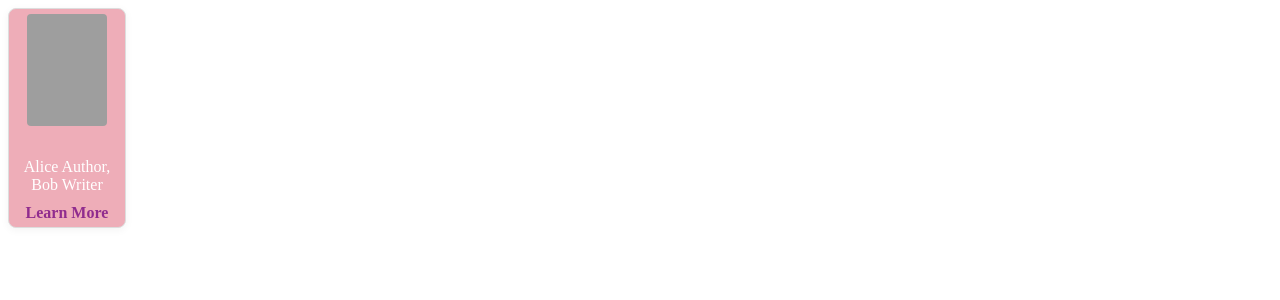
Repository: Micaelavalmores/BookCatalog
Page: /
An editor plug-in stored every save of this project. The page is shown before and after the next save, followed by the edit.
The browser window is 1280 px wide. The pictures show the whole page.
Pictures or frames that could not be fetched are drawn as grey boxes. The project was rebuilt for these pictures with package versions that can differ from the ones it lists, and the page was loaded fresh each time. Also part of the build but not shown: vite.config.js, src/index.css.

Above is the page before, as saved 2025-09-16 22:51:43.

### index.html
<!doctype html>
<html lang="en">
  <head>
    <meta charset="UTF-8" />
    <meta name="viewport" content="width=device-width, initial-scale=1.0" />
    <title>Book Catalog</title>
  </head>
  <body>
    <div id="root"></div>
    <script type="module" src="/src/main.jsx"></script>
  </body>
</html>

### src/main.jsx
import React from 'react';
import { createRoot } from 'react-dom/client';
import './index.css';
import Book from './assets/book.jsx';

const root = createRoot(document.getElementById("root"));

root.render(
  <React.StrictMode>
    <Book
      image="https://img.freepik.com/free-vector/stack-colorful-books_1308-171744.jpg?semt=ais_incoming&w=740&q=80"
      authors="Alice Author, Bob Writer"
      link="https://example.com/book-info"
    />
  </React.StrictMode>
);

### src/assets/book.jsx

import React from "react";
import "./book.css";

const book = ({ image, title, authors, link }) => (
  <div className="book-container">
    <img className="book-image" src={image} alt={title} />
    <div className="book-info">
      <h2 className="book-title">{title}</h2>
      <p className="book-authors">{authors}</p>
      <a className="book-link" href={link} target="_blank" rel="noopener noreferrer">
        Learn More
      </a>
    </div>
  </div>
);

export default book;

### src/assets/book.css
.book-container {
    max-width: 6em;
    border: 1px solid #ddd;
    border-radius: 8px;
    padding: 5px 10px;
    display: flex;
    flex-direction: column;
    align-items: center;
    background: #fff;
    box-shadow: 0 2px 8px rgba(0,0,0,0.05);
    background: rgb(238, 173, 184);
  }

  .book-image {
    width: 5em;
    height: 7em;
    object-fit: cover;
    margin-bottom: 12px;
    border-radius: 4px;
  }

  .book-info {
    width: 100%;
    text-align: center;
  }


  .book-authors {
    color: #ffffff;
    margin-bottom: 10px;
  }

  .book-link {
    display: inline-block;
    color: #902c8e;
    text-decoration: none;
    font-weight: bold;
    transition: color 0.2s;
  }

  .book-link:hover {
    color: #0056b3;
  }

After the next save:
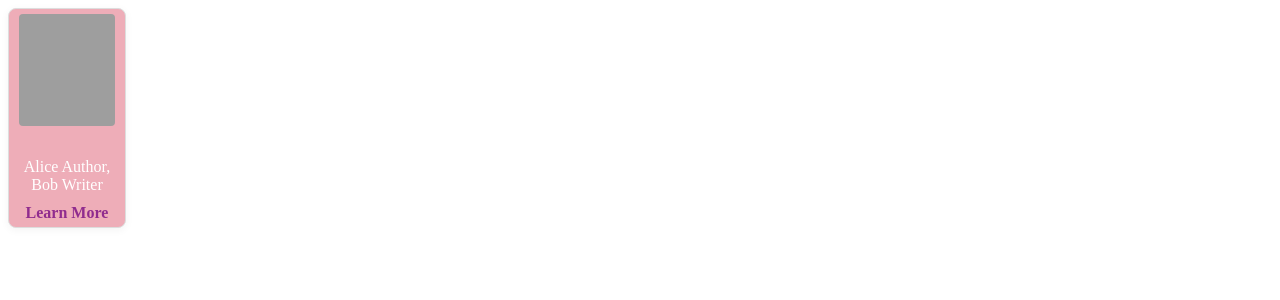
Saved 13 s later.
--- a/src/assets/book.css
+++ b/src/assets/book.css
@@ -12,7 +12,7 @@
   }
 
   .book-image {
-    width: 5em;
+    width: 6em;
     height: 7em;
     object-fit: cover;
     margin-bottom: 12px;
